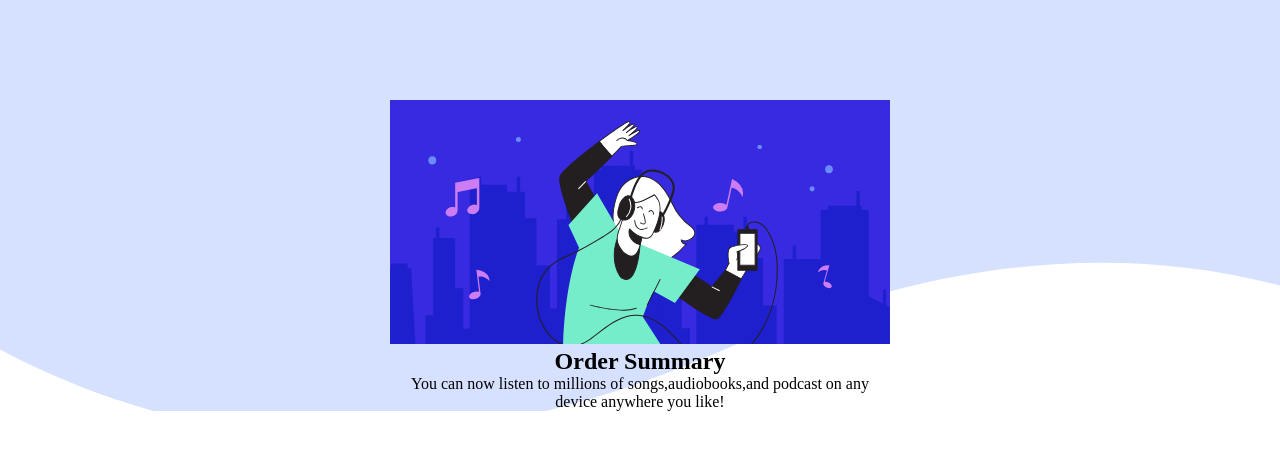
Repository: Eugene44-hub/newbie-project
Page: index.html
These files come from the project's save history. The page is drawn as it stood at one moment and after a run of saves; the edit follows.
The browser window is 1280 px wide. The pictures show the whole page.

Above is the page before, as saved 2021-08-29 02:25:00.

After the next 2 saves:
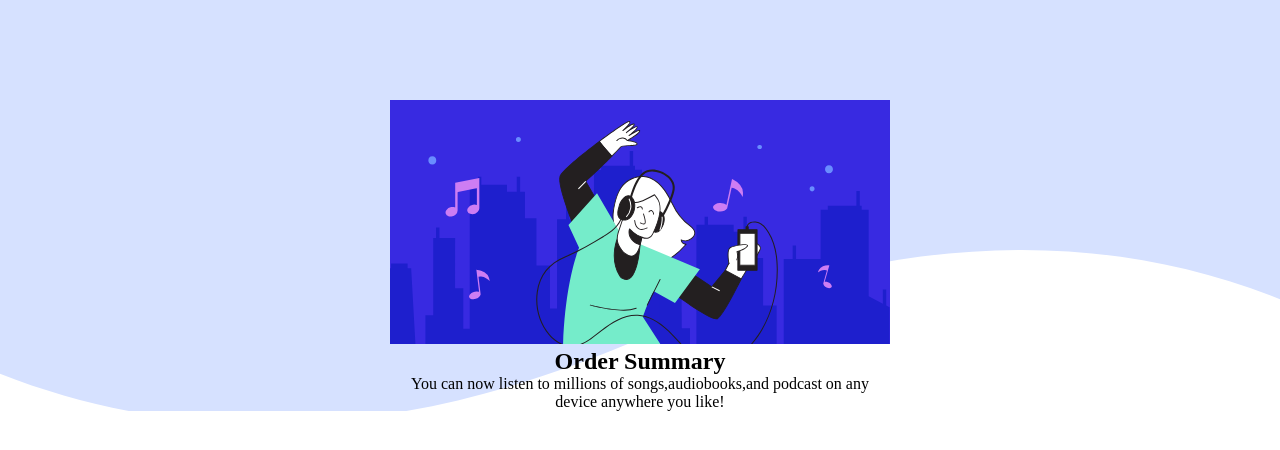
The 2 saves are shown as one change because they came seconds apart.
The last was saved 7 s later.
--- a/style.css
+++ b/style.css
@@ -6,7 +6,7 @@
 .container {
     background-image: url('pattern-background-desktop.svg');
     background-repeat: no-repeat;
-    background-position: cen;
+    background-position: center;
 }
 
 .card-container {
